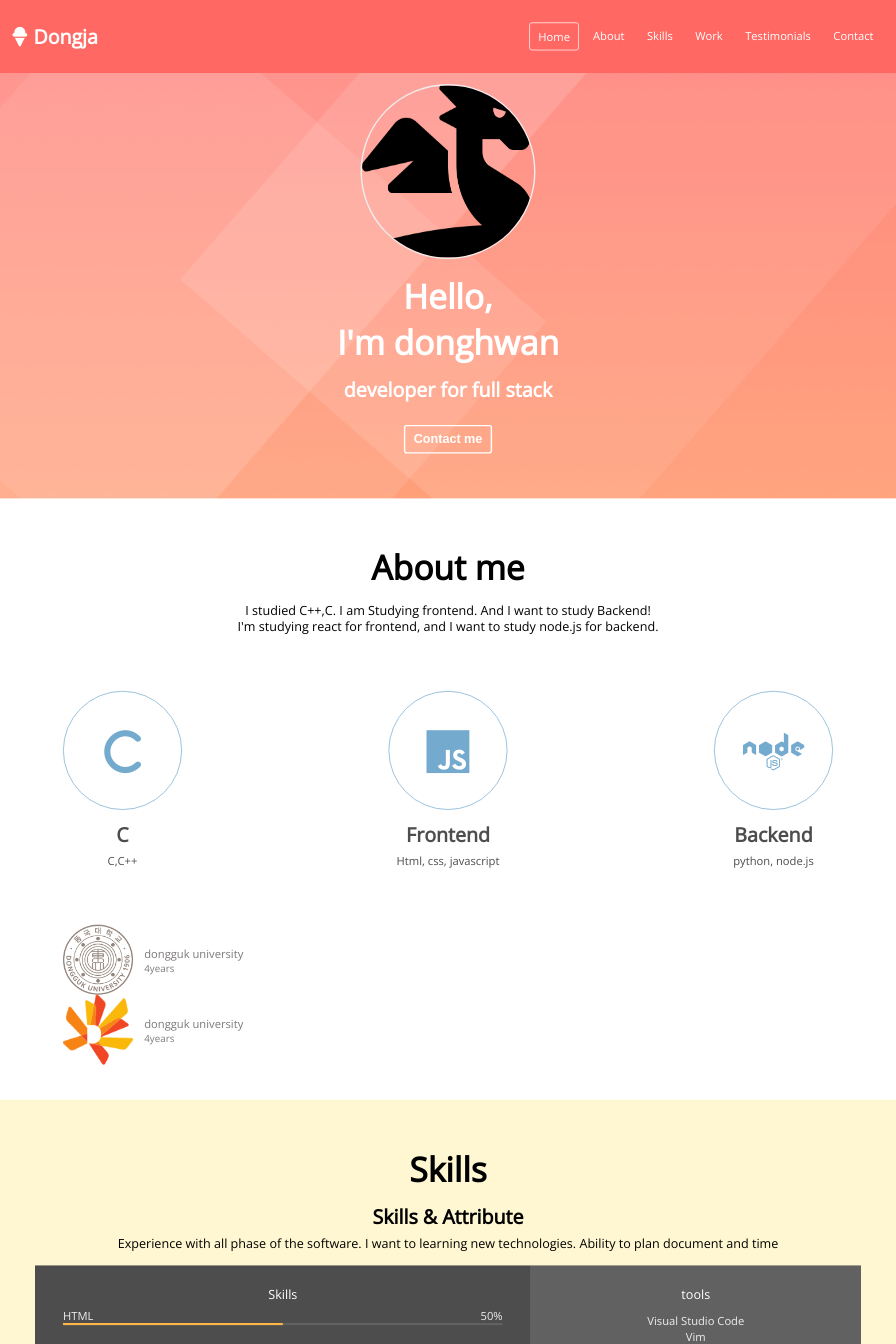
Repository: DongjaJ/portfolio
Page: index.html
These files come from the project's save history. The page is drawn as it stood at one moment and after the next save; the edit follows.
The browser window is 1280 px wide. The pictures show the part of the page from y = 0 to 1920 px (the page is 3784 px tall), at 70% of full size.
Some web libraries are served in a nearby version.

Above is the page before, as saved 2023-04-18 23:04:03.

After the next save:
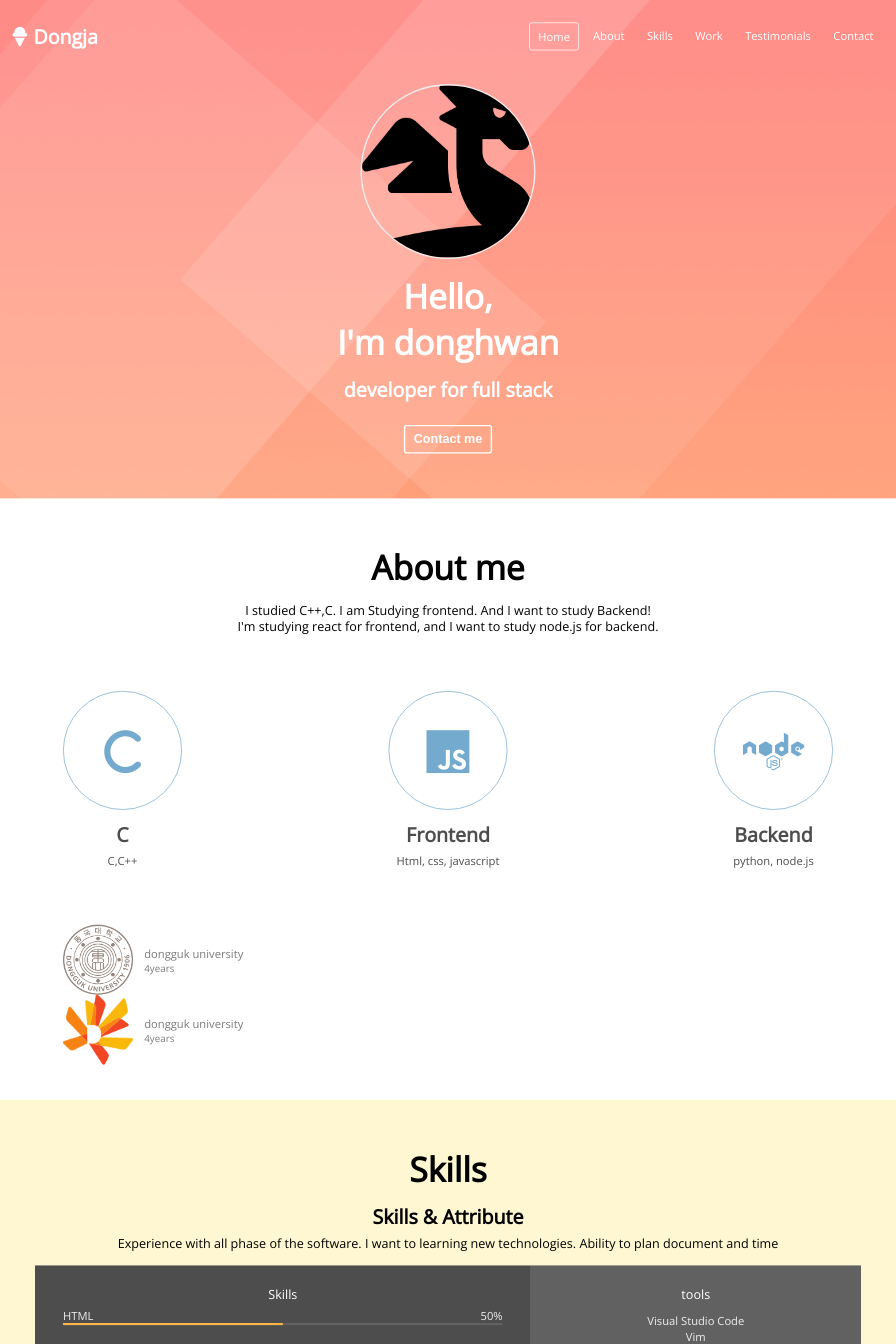
Saved 1 s later.
--- a/main.js
+++ b/main.js
@@ -5,9 +5,6 @@
 
 document.addEventListener('scroll', () => {
 	console.log(navBarHeight);
-	navbar.style.backgroundColor = '#ff6863';
+	if (window.screenY > navBarHeight) navbar.classList.add('navbar--dark');
+	else navbar.classList.remove('navbar--dark');
 });
-
-document.addEventListener('scrollend', () => {
-	navbar.style.backgroundColor = '#fe918d';
-});
